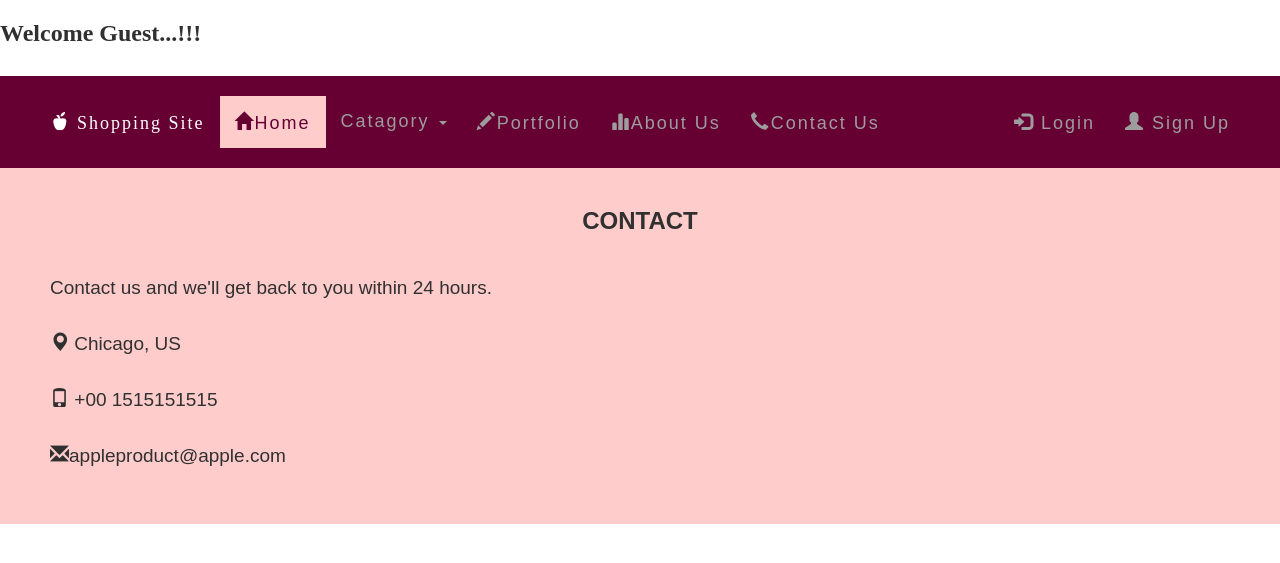
Repository: priyasuthakar/priya
Page: http://localhost/Apple/WEB-INF/views/contactus.jsp
The author's editor kept a copy of each file at every save. The page is drawn from the files as they stood at one save, then again after the next save.
The browser window is 1280 px wide. The pictures show the whole page.
The page is served by Tomcat 9. Nobody is signed in. Other server files are loaded and not shown. The template is opened directly, without the code that normally fills it, so the values that code supplies are empty.

Above is the page before, as saved 2016-08-23 01:19:42.

### Apple/src/main/webapp/WEB-INF/views/contactus.jsp
<%@ page language="java" contentType="text/html; charset=ISO-8859-1"
	pageEncoding="ISO-8859-1"%>
<%@ taglib uri="http://java.sun.com/jsp/jstl/core" prefix="c"%>
<%@ taglib uri="http://www.springframework.org/tags" prefix="spring"%>
<%@ taglib uri="http://www.springframework.org/tags/form" prefix="form"%>
<%@ page session="false"%>
<%@page isELIgnored="false"%>
<%@include file="Header.jsp"%>
<!DOCTYPE html>
<html lang="en">
<head>
<title>My Shopping</title>
<meta charset="utf-8">
<meta name="viewport" content="width=device-width, initial-scale=1">
<link rel="stylesheet"
	href="http://maxcdn.bootstrapcdn.com/bootstrap/3.3.6/css/bootstrap.min.css">
<!-- <link href="http://fonts.googleapis.com/css?family=Montserrat"
	rel="stylesheet" type="text/css">
<link href="http://fonts.googleapis.com/css?family=Lato"
	rel="stylesheet" type="text/css">
 -->
<script
	src="https://ajax.googleapis.com/ajax/libs/jquery/1.12.4/jquery.min.js"></script>
<script
	src="http://maxcdn.bootstrapcdn.com/bootstrap/3.3.6/js/bootstrap.min.js"></script>
<style>
body {
	font: 400 15px Helvetica, sans-serif;
	line-height: 1.8;
	color: #818181;
}

h1 {
	font-size: 24px;
	color: #303030;
	font-weight: 600;
	margin-bottom: 30px;
	font-size: 24px;
}

h2 {
	font-size: 24px;
	text-transform: uppercase;
	color: #303030;
	font-weight: 600;
	margin-bottom: 30px;
}

h4 {
	font-size: 19px;
	line-height: 1.375em;
	color: #303030;
	font-weight: 400;
	margin-bottom: 30px;
}

.bg-grey {
	background-color: #FFCCCC;
	color: black;
	font-family: Montserrat, sans-serif;
}

.logo {
	color: #660033;
	font-size: 200px;
}

.thumbnail {
	padding: 0 0 15px 0;
	border: none;
	border-radius: 0;
}

.thumbnail img {
	width: 100%;
	height: 100%;
	margin-bottom: 10px;
}

.carousel-control.right, .carousel-control.left {
	background-image: none;
	color: #660033;
}

.carousel-indicators li {
	border-color: #660033;
}

.carousel-indicators li.active {
	background-color: #660033;
}

.carousel-inner>.item>img, .carousel-inner>.item>a>img {
	width: 250%;
	margin: auto;
}

.tales {
	width: 200%;
}

.carousel-inner {
	max-height: 600px !important;
}

.item h4 {
	font-size: 19px;
	line-height: 1.375em;
	font-weight: 400;
	font-style: italic;
	margin: 70px 0;
}

.item span {
	font-style: normal;
}

.container-fluid {
	padding: 20px 50px;
}

.navbar {
	margin-bottom: 0;
	background-color: #660033;
	z-index: 9999;
	border: 0;
	font-size: 18px !important;
	line-height: 1.42857143 !important;
	letter-spacing: 2px;
	border-radius: 0;
	font-family: Montserrat, sans-serif;
}

.navbar .navbar-brand {
	color: #FFFFFF !important;
}

.navbar .li a {
	color: #FFF !important;
}

.navbar-nav li a:hover, .navbar-nav li.active a {
	color: #660033 !important;
	background-color: #FFCCCC !important;
}

.navbar-default .navbar-toggle {
	border-color: transparent;
	color: #FFCCCC !important;
}

footer .glyphicon {
	font-size: 24px;
	margin-bottom: 20px;
	color: #660033;
}

.slideanim {
	visibility: hidden;
}

.slide {
	animation-name: slide;
	-webkit-animation-name: slide;
	animation-duration: 1s;
	-webkit-animation-duration: 1s;
	visibility: visible;
}

@media screen and (max-width: 768px) {
	.col-sm-4 {
		text-align: center;
		margin: 25px 0;
	}
	.btn-lg {
		width: 100%;
		margin-bottom: 35px;
	}
}

@media screen and (max-width: 480px) {
	.logo {
		font-size: 150px;
	}
}
</style>

</head>

<body id="myPage" data-spy="scroll" data-target=".navbar"
	data-offset="60">

	<!-- Container (Contact Section) -->
	<div id="contactus" class="container-fluid bg-grey">
		<h2 class="text-center">CONTACT</h2>
		<div class="row">
			<div class="col-sm-5">
				<h4>
					<p>Contact us and we'll get back to you within 24 hours.</p>
				</h4>
				<h4>
					<p>
						<span class="glyphicon glyphicon-map-marker"></span> Chicago, US
					</p>
				</h4>
				<h4>
					<p>
						<span class="glyphicon glyphicon-phone"></span> +00 1515151515
					</p>
				</h4>
				<h4>
					<p>
						<span class="glyphicon glyphicon-envelope"></span>appleproduct@apple.com
					</p>
				</h4>
			</div>
			<div class="col-sm-7 slideanim">
				<div class="row">
					<div class="col-sm-6 form-group">
						<input class="form-control" id="name" name="name"
							placeholder="Name" type="text" required>
					</div>
					<div class="col-sm-6 form-group">
						<input class="form-control" id="email" name="email"
							placeholder="Email" type="email" required>
					</div>
				</div>
				<textarea class="form-control" id="comments" name="comments"
					placeholder="Comment" rows="5"></textarea>
				<br>
				<div class="row">
					<div class="col-sm-12 form-group">
						<button class="btn btn-default pull-right" type="submit">Send</button>
					</div>
				</div>
			</div>
		</div>
	</div>


	</body>
	</html>

### Apple/src/main/webapp/WEB-INF/views/Header.jsp
<%@ page language="java" contentType="text/html; charset=ISO-8859-1"
	pageEncoding="ISO-8859-1"%>
<%@ taglib uri="http://java.sun.com/jsp/jstl/core" prefix="c"%>
<!DOCTYPE html PUBLIC "-//W3C//DTD HTML 4.01 Transitional//EN" "http://www.w3.org/TR/html4/loose.dtd">
<html>
<head>
<meta http-equiv="Content-Type" content="text/html; charset=ISO-8859-1">
</head>
<body>
	<c:choose>
		<c:when test="${empty loggedInUser}">
			<font face="Harlow Solid Italic"><h1>Welcome Guest...!!!</h1></font>
		</c:when>
		<c:when test="${not empty loggedInUser}">
			<font face="Harlow Solid Italic"><h1>${loggedInUser}</h1></font>
		</c:when>
	</c:choose>
	<div class="responsive">
		<nav class="navbar navbar-inverse">
		<div class="container-fluid">
			<div class="navbar-header">
				<a class="navbar-brand"> <span class="glyphicon glyphicon-apple"></span>
					<font face="Script MT Bold"> Shopping Site </font>
				</a>
			</div>
			<ul class="nav navbar-nav">
				<li class="active"><a href="Home"><span
						class="glyphicon glyphicon-home"></span>Home</a></li>
				<li class="dropdown"><a class="dropdown-toggle"
					data-toggle="dropdown" href="#"> Catagory <span class="caret"></span></a>
					<ul class="dropdown-menu">
						<li><a href="product1?catname=Desktop">Desktop</a></li>
						<li><a href="product1?catname=Laptop">Laptop</a></li>
						<li><a href="product1?catname=Iphone">Iphone</a></li>
						<li><a href="product1?catname=Ipad">Ipad</a></li>
						<li><a href="product1?catname=Ipod">Ipod</a></li>
						<li><a href="product1?catname=Accessories">Accessories</a></li>
					</ul></li>
				<li><a href="portfolio"><span
						class="glyphicon glyphicon-pencil"></span>Portfolio</a></li>
				<li><a href="about"><span class="glyphicon glyphicon-stats"></span>About
						Us</a></li>
				<li><a href="contactus"><span
						class="glyphicon glyphicon-earphone"></span>Contact Us</a></li>
			</ul>
			<ul class="nav navbar-nav navbar-right">
					<c:choose>
					<c:when test="${empty loggedInUser}">
						<li><a href="login"><span
								class="glyphicon glyphicon-log-in"></span> Login</a></li>
						<li><a href="reg"><span class="glyphicon glyphicon-user"></span>
								Sign Up</a></li>
					</c:when>
					<c:when test="${not empty loggedInUser}">
					<li><a href="viewcart"><span
							class="glyphicon glyphicon-shopping-cart"></span>Cart</a></li>
						<li><a href="logout"><span
								class="glyphicon glyphicon-user"></span> Logout</a></li>
					</c:when>
				</c:choose>
			</ul>
		</div>
		</nav>
	</div>
</body>
</html>

After the next save:
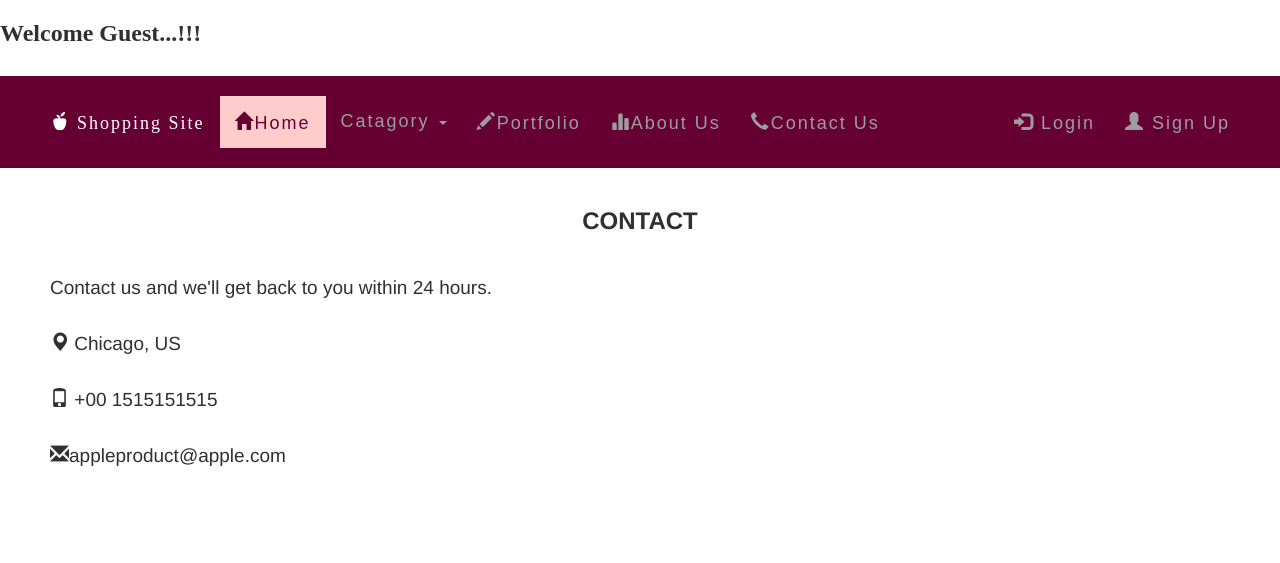
Saved 26 s later.
--- a/Apple/src/main/webapp/WEB-INF/views/contactus.jsp
+++ b/Apple/src/main/webapp/WEB-INF/views/contactus.jsp
@@ -187,11 +187,10 @@ footer .glyphicon {
 
 </head>
 
-<body id="myPage" data-spy="scroll" data-target=".navbar"
-	data-offset="60">
+<body>
 
 	<!-- Container (Contact Section) -->
-	<div id="contactus" class="container-fluid bg-grey">
+	<div id="contactus" class="container-fluid">
 		<h2 class="text-center">CONTACT</h2>
 		<div class="row">
 			<div class="col-sm-5">
